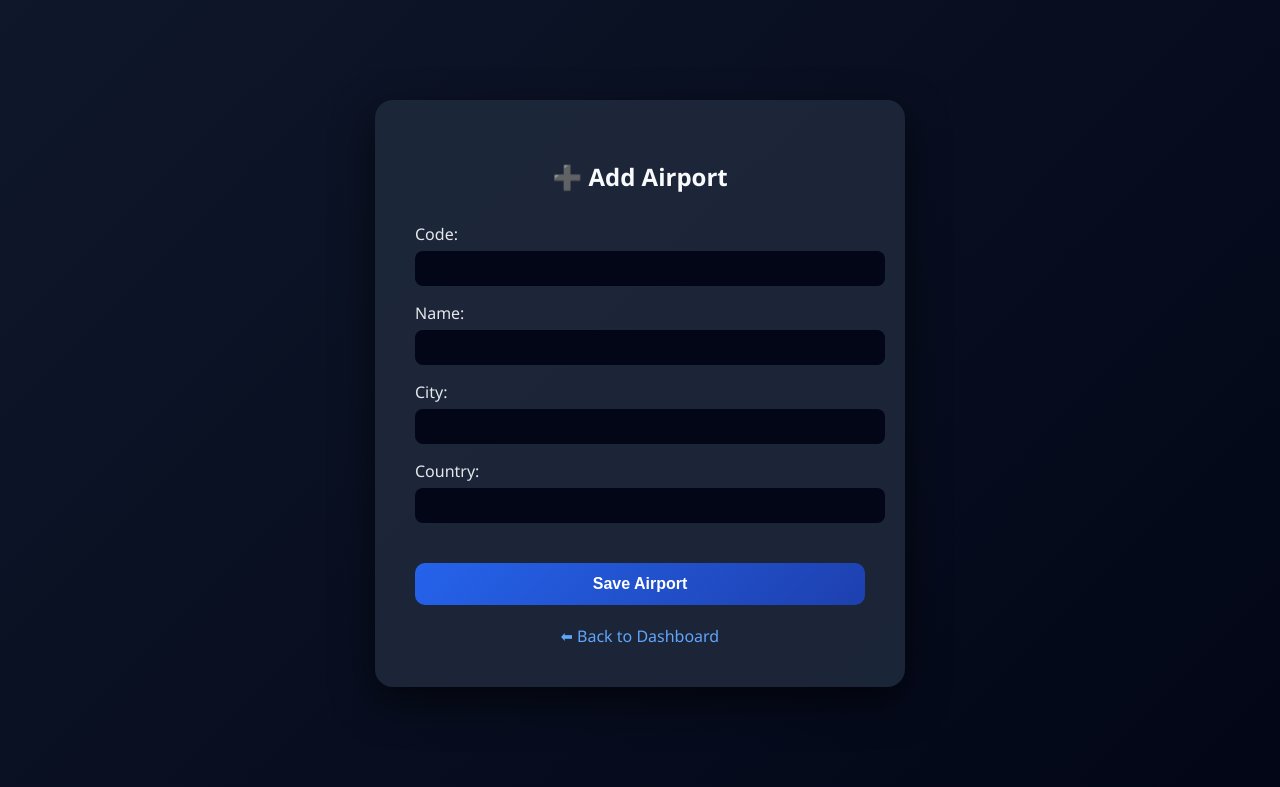
Repository: SNEHASURESH003/flight_system
Page: http://localhost/airports/add/
These files come from the project's save history. The page is drawn as it stood at one moment and after a run of saves; the edit follows.
The browser window is 1280 px wide. The pictures show the whole page.
The page is served by the project's application, run on Django 5.2 (manage.py). Other server files are loaded and not shown.

Above is the page before, as saved 2026-01-19 23:18:37.

### airport/airport_route/templates/add_airport.html
<!DOCTYPE html>
<html lang="en">
<head>
    <title>Add Airport</title>
    <style>
        body {
            font-family: 'Segoe UI', Tahoma, Geneva, Verdana, sans-serif;
            background: linear-gradient(135deg, #0f172a, #020617);
            color: #e5e7eb;
            margin: 0;
            padding: 0;
        }

        .container {
            width: 450px;
            margin: 100px auto;
            background: rgba(30, 41, 59, 0.9);
            padding: 40px;
            border-radius: 18px;
            box-shadow: 0 15px 40px rgba(0,0,0,0.6);
        }

        h2 {
            text-align: center;
            margin-bottom: 30px;
            color: #f8fafc;
        }

        form p {
            margin-bottom: 15px;
        }

        input, select {
            width: 100%;
            padding: 10px;
            margin-top: 6px;
            border-radius: 8px;
            border: none;
            outline: none;
            background-color: #020617;
            color: #f8fafc;
        }

        input:focus, select:focus {
            border: 1px solid #2563eb;
            box-shadow: 0 0 5px #2563eb;
        }

        button {
            width: 100%;
            margin-top: 25px;
            padding: 12px;
            background: linear-gradient(135deg, #2563eb, #1e40af);
            color: white;
            border: none;
            border-radius: 10px;
            font-size: 16px;
            font-weight: 600;
            cursor: pointer;
            transition: all 0.3s ease;
        }

        button:hover {
            background: linear-gradient(135deg, #1d4ed8, #1e3a8a);
            box-shadow: 0 8px 25px rgba(37, 99, 235, 0.6);
        }

        .link {
            display: block;
            text-align: center;
            margin-top: 20px;
            color: #60a5fa;
            text-decoration: none;
        }

        .link:hover {
            text-decoration: underline;
        }
    </style>
</head>
<body>

<div class="container">
    <h2>➕ Add Airport</h2>


    <form method="post">
        {% csrf_token %}
        {{ form.as_p }}
        <button type="submit">Save Airport</button>
    </form>

    {% comment %} <a href="{% url 'add_route' %}" class="link">➤ Add Route</a> {% endcomment %}
    <a href="{% url 'dashboard' %}" class="link">⬅ Back to Dashboard</a>
</div>

</body>
</html>

### airport/airport_route/forms.py
from django import forms
from .models import Airport, Route

class RouteForm(forms.ModelForm):
    class Meta:
        model = Route
        fields = ['airport_code_from', 'airport_code_to', 'position', 'duration', 'distance']
        widgets = {
            'duration': forms.TimeInput(format='%H:%M:%S'),
        }

class AirportForm(forms.ModelForm):
    class Meta:
        model = Airport
        fields = ['code', 'name', 'city', 'country']



class SearchNthNodeForm(forms.Form):
    route_id = forms.IntegerField()
    n = forms.IntegerField()
    direction = forms.ChoiceField(choices=[('left','Left'),('right','Right')])

### airport/airport_route/models.py
from django.db import models
from django.core.exceptions import ValidationError


class Airport(models.Model):
    code = models.CharField(max_length=10, unique=True)
    name = models.CharField(max_length=100)
    city = models.CharField(max_length=100)
    country = models.CharField(max_length=100)

    def __str__(self):
        return f"{self.name} ({self.code})"

class Route(models.Model):
    POSITION_CHOICES = [('left', 'Left'), ('right', 'Right')]
    airport_code_from = models.ForeignKey(Airport, related_name='routes_from', on_delete=models.CASCADE)
    airport_code_to = models.ForeignKey(Airport, related_name='routes_to', on_delete=models.CASCADE)
    position = models.CharField(max_length=5, choices=POSITION_CHOICES)
    duration = models.DurationField()
    distance = models.FloatField(default=0.0)
    def __str__(self):
        return f"Route from {self.airport_code_from.code} to {self.airport_code_to.code} - {self.position},{self.duration}"


    def clean(self):
      if self.airport_code_from == self.airport_code_to:
            raise ValidationError("From and To airports must be different.")
    def save(self, *args, **kwargs):
        self.full_clean()   # ensures clean() is called
        super().save(*args, **kwargs)

### airport/airport_route/views.py
from django.shortcuts import render
from .forms import RouteForm, AirportForm
from .models import Airport, Route
from .utils import nth_left_or_right_node, longest_node_on_duration, shortest_node_between_routes
from django.http import HttpResponse
from django.core.exceptions import ValidationError




def add_airport(request):
    if request.method == 'POST':
        form = AirportForm(request.POST)
        if form.is_valid():
            form.save()
            return HttpResponse("Airport added successfully.")
    else:
        form = AirportForm()
    return render(request, 'add_airport.html', {'form': form})

def add_route(request):
    if request.method == 'POST':
        form = RouteForm(request.POST)
        if form.is_valid():
            form.save()
            return HttpResponse("Route added successfully.")
    else:
        form = RouteForm()
    return render(request, 'route_form.html', {'form': form})


def find_nth_node(request):
    if request.method == 'POST':
        route_id = request.POST.get('route_id')
        n = int(request.POST.get('n'))
        direction = request.POST.get('direction')

        route = Route.objects.get(id=route_id)
        result = nth_left_or_right_node(route, n, direction)

        return HttpResponse(f"Nth {direction} Node: {result}")

    return render(request, 'find_nth_node.html')


def find_longest_node(request, route_id):
    route = Route.objects.get(id=route_id)
    longest_left = longest_node_on_duration(route, 'left')
    longest_right = longest_node_on_duration(route, 'right')

    return HttpResponse(
        f"Longest Left Node: {longest_left}<br>"
        f"Longest Right Node: {longest_right}"
    )

def find_shortest_between(request):
    if request.method == 'POST':
        route1_id = request.POST.get('route1_id')
        route2_id = request.POST.get('route2_id')

        route1 = Route.objects.get(id=route1_id)
        route2 = Route.objects.get(id=route2_id)

        result = shortest_node_between_routes(route1, route2)

        return HttpResponse(f"Shortest Node Between Routes: {result}")

    return render(request, 'shortest_between.html')



def dashboard(request):
    return render(request, 'dashboard.html')

### airport/airport/urls.py
"""
URL configuration for airport project.

The `urlpatterns` list routes URLs to views. For more information please see:
    https://docs.djangoproject.com/en/5.2/topics/http/urls/
Examples:
Function views
    1. Add an import:  from my_app import views
    2. Add a URL to urlpatterns:  path('', views.home, name='home')
Class-based views
    1. Add an import:  from other_app.views import Home
    2. Add a URL to urlpatterns:  path('', Home.as_view(), name='home')
Including another URLconf
    1. Import the include() function: from django.urls import include, path
    2. Add a URL to urlpatterns:  path('blog/', include('blog.urls'))
"""
from django.contrib import admin
from django.urls import path
from django.urls import include

urlpatterns = [
    path('admin/', admin.site.urls),
    path('', include('airport_route.urls')),
]

### airport/airport_route/urls.py
from .models import Route
from django.urls import path
from .views import add_airport, add_route, dashboard, find_nth_node, find_longest_node, find_shortest_between
urlpatterns = [
   path('airports/add/', add_airport, name='add_airport'),
    path('routes/add/', add_route, name='add_route'),

    path('routes/find-nth/', find_nth_node, name='find_nth'),
     path('routes/longest-node/<int:route_id>/', find_longest_node, name='longest_node'),
    path('routes/shortest/', find_shortest_between, name='shortest_between'),
     path('', dashboard, name='dashboard'),
]

After the next 2 saves:
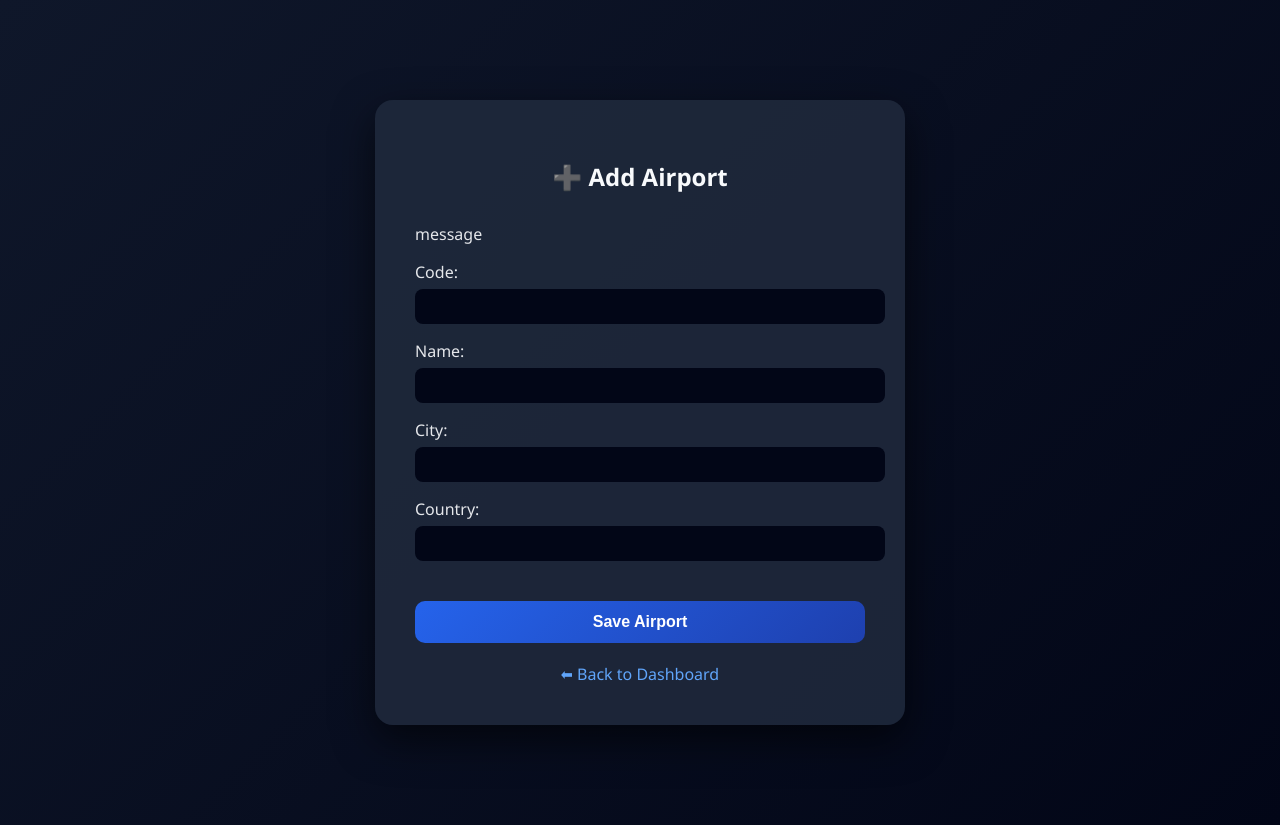
The 2 saves are shown as one change because they came seconds apart.
The last was saved 12 s later.
--- a/airport/airport_route/templates/add_airport.html
+++ b/airport/airport_route/templates/add_airport.html
@@ -82,7 +82,7 @@
 
 <div class="container">
     <h2>➕ Add Airport</h2>
-
+    message
 
     <form method="post">
         {% csrf_token %}
